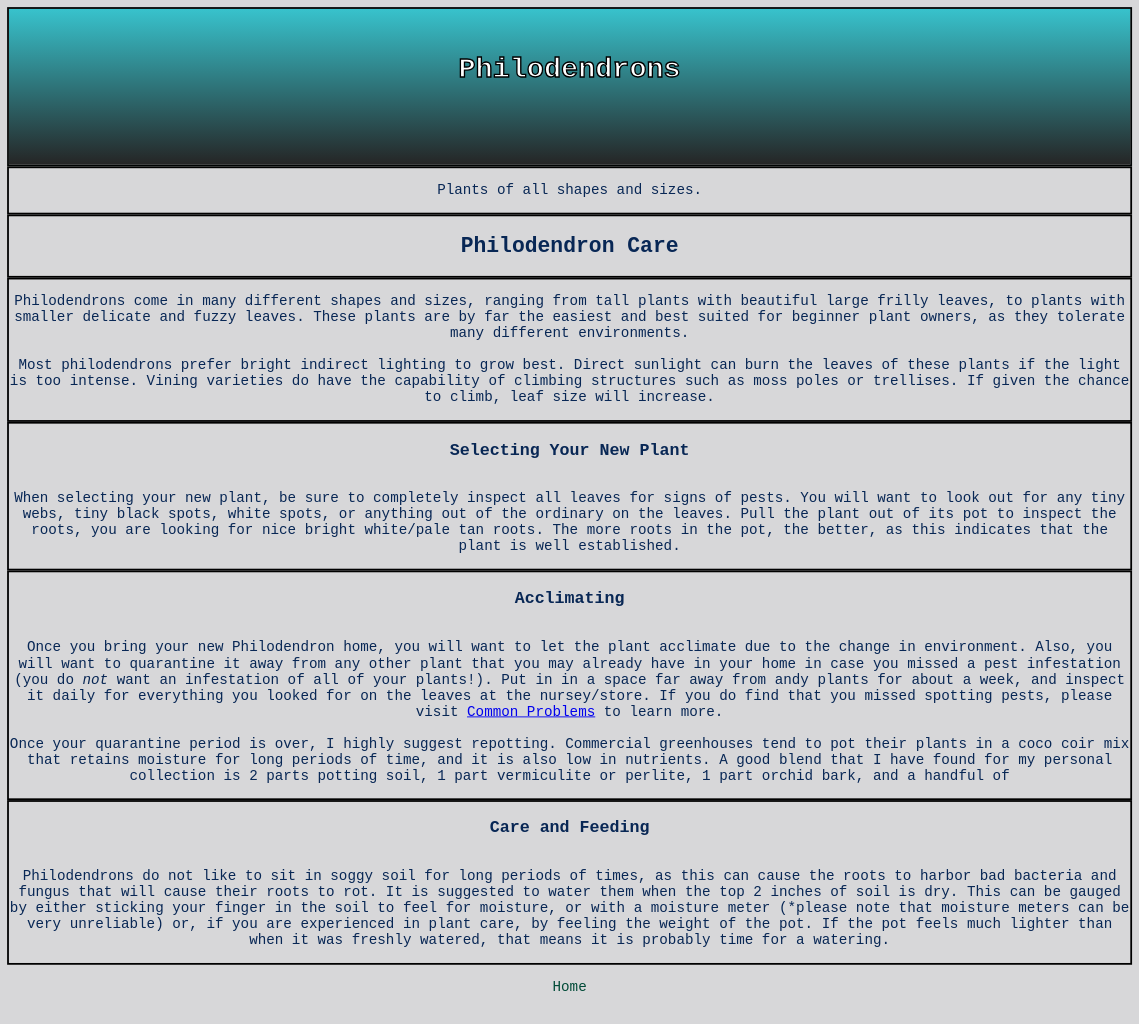
Repository: swillis91/odin-recipies
Page: Planty Page/philodendrons.html
The author's editor kept a copy of each file at every save. The page is drawn from the files as they stood at one save, then again after the next save.
The browser window is 1280 px wide. The pictures show the whole page, at 89% of full size.

Above is the page before, as saved 2023-08-14 23:56:16.

### Planty Page/philodendrons.html
<!DOCTYPE html>
    <html>
        <head>
            <title>Calatheas</title>
            <link href="style.css" rel="stylesheet"
        </head>
        <body>
            <div class="Header">
            <h1 class="heading">Philodendrons</h1>
            </div>
            <div class="box">
              <p>Plants of all shapes and sizes.</p>
            </div>
            <div class="box">
            <h2 class="species">Philodendron Care</h2>
            </div>
            <div class="box">
                <p class="care">Philodendrons come in many different shapes and sizes, ranging from tall plants with beautiful large frilly leaves, to plants with smaller delicate and fuzzy leaves. These plants are by far the easiest and best suited for beginner plant owners, as they tolerate many different environments.
                <br>
                <br>
                Most philodendrons prefer bright indirect lighting to grow best. Direct sunlight can burn the leaves of these plants if the light is too intense. Vining varieties do have the capability of climbing structures such as moss poles or trellises. If given the chance to climb, leaf size will increase.</p>
            </div>
            <div class="box">
                <h3>Selecting Your New Plant</h3>
                <p>When selecting your new plant, be sure to completely inspect all leaves for signs of pests. You will want to look out for any tiny webs, tiny black spots, white spots, or anything out of the ordinary on the leaves. Pull the plant out of its pot to inspect the roots, you are looking for nice bright white/pale tan roots. The more roots in the pot, the better, as this indicates that the plant is well established.</p>
            </div>
            <div class="box">
                <h3>Acclimating</h3>
                <p>Once you bring your new Philodendron home, you will want to let the plant acclimate due to the change in environment. Also, you will want to quarantine it away from any other plant that you may already have in your home in case you missed a pest infestation (you do <em>not</em> want an infestation of all of your plants!). Put in in a space far away from andy plants for about a week, and inspect it daily for everything you looked for on the leaves at the nursey/store. If you do find that you missed spotting pests, please visit <a href='./problems'>Common Problems</a> to learn more.
                <br><br>
                Once your quarantine period is over, I highly suggest repotting. Commercial greenhouses tend to pot their plants in a coco coir mix that retains moisture for long periods of time, and it is also low in nutrients. A good blend that I have found for my personal collection is 2 parts potting soil, 1 part vermiculite or perlite, 1 part orchid bark, and a handful of </p>
            </div>
            <div class="box">
                <h3>Care and Feeding</h3>
                    <p>Philodendrons do not like to sit in soggy soil for long periods of times, as this can cause the roots to harbor bad bacteria and fungus that will cause their roots to rot. It is suggested to water them when the top 2 inches of soil is dry. This can be gauged by either sticking your finger in the soil to feel for moisture, or with a moisture meter (*please note that moisture meters can be very unreliable) or, if you are experienced in plant care, by feeling the weight of the pot. If the pot feels much lighter than when it was freshly watered, that means it is probably time for a watering.</p>
            </div>
              </p>
                <!--img src="./Images/makoyana.webp" id="calathea makoyana" width="700px"-->
            <footer>
                <nav>
                    <a href="./index.html" class="navigation">Home</a>

                </nav>
            </footer>
        </body>
    </html>

### Planty Page/style.css
body{
    background-color: rgb(215, 215, 217);
    color:rgb(8, 39, 85);
    text-align: center;
    font-family: 'Permanent Marker', cursive;
    font-family: 'Space Mono', monospace;
}

.heading{
    color: rgb(0, 0, 0);
    -webkit-text-fill-color: rgb(255, 255, 255);
    -webkit-text-stroke-width: 1.5px;
    -webkit-text-stroke-color: rgb(0, 0, 0);
    text-transform: capitalize;
    border: 2px solid rgb(0, 3, 3);
    background-image: linear-gradient(rgba(15, 189, 201, 0.795), rgba(0, 0, 0, 0.827));
    height: 75px;
    margin: 0 auto;
    padding:50px 20px;

}

div.box{
    border:2px solid black;
    display: flex;
    margin-left: auto;
    flex-direction:column;
    align-content: center;
}

#calathea-makoyana{
    width: 500px;
    Height: auto:
}

.navigation{
    color:rgb(1, 75, 56);
    text-decoration: none;
}

a:hover{
    color: rgb(20, 220, 2);
    background-color: rgb(5, 55, 1);
}

After the next save:
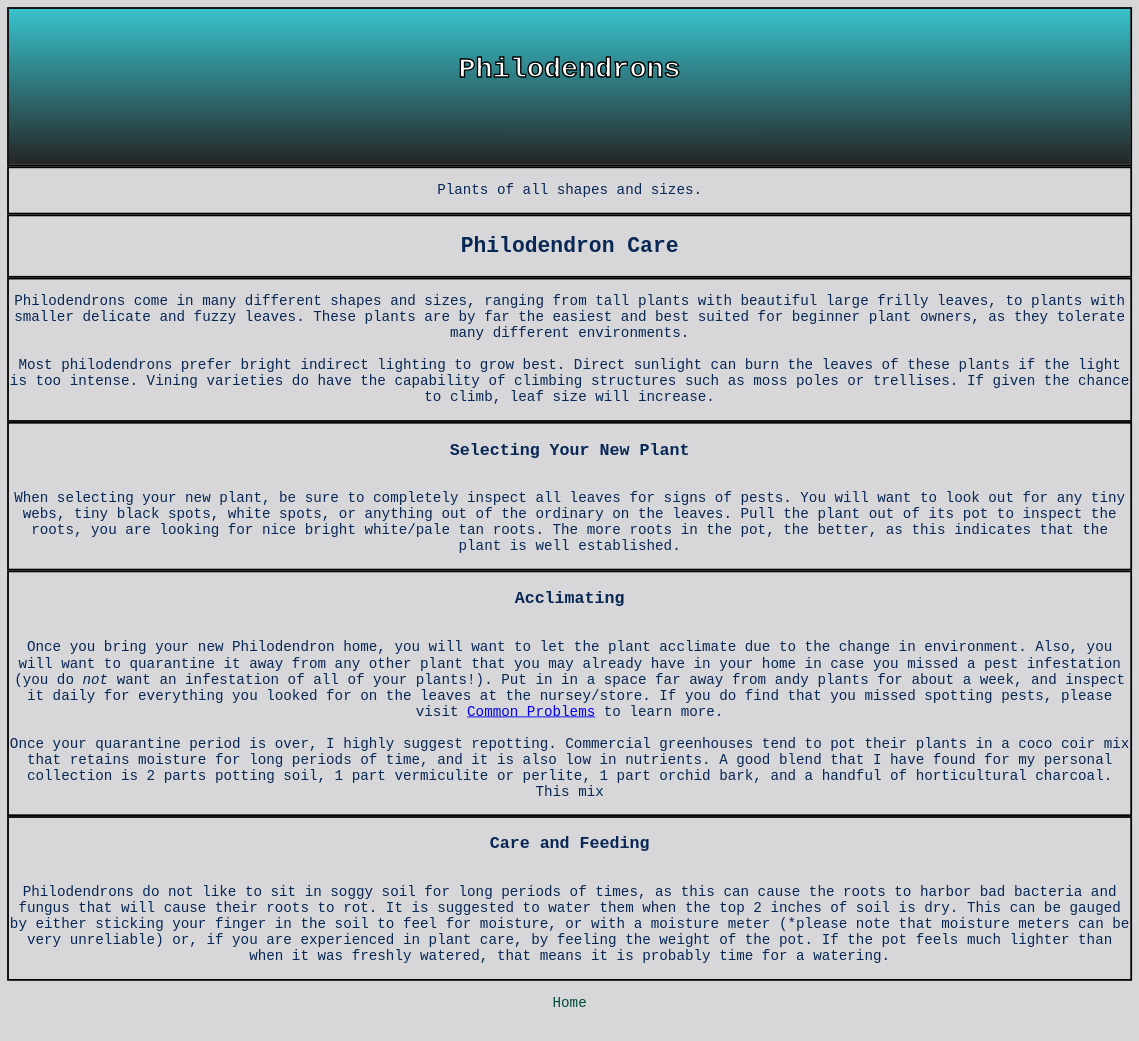
Saved 26 s later.
--- a/Planty Page/philodendrons.html
+++ b/Planty Page/philodendrons.html
@@ -28,7 +28,7 @@
                 <h3>Acclimating</h3>
                 <p>Once you bring your new Philodendron home, you will want to let the plant acclimate due to the change in environment. Also, you will want to quarantine it away from any other plant that you may already have in your home in case you missed a pest infestation (you do <em>not</em> want an infestation of all of your plants!). Put in in a space far away from andy plants for about a week, and inspect it daily for everything you looked for on the leaves at the nursey/store. If you do find that you missed spotting pests, please visit <a href='./problems'>Common Problems</a> to learn more.
                 <br><br>
-                Once your quarantine period is over, I highly suggest repotting. Commercial greenhouses tend to pot their plants in a coco coir mix that retains moisture for long periods of time, and it is also low in nutrients. A good blend that I have found for my personal collection is 2 parts potting soil, 1 part vermiculite or perlite, 1 part orchid bark, and a handful of </p>
+                Once your quarantine period is over, I highly suggest repotting. Commercial greenhouses tend to pot their plants in a coco coir mix that retains moisture for long periods of time, and it is also low in nutrients. A good blend that I have found for my personal collection is 2 parts potting soil, 1 part vermiculite or perlite, 1 part orchid bark, and a handful of horticultural charcoal. This mix </p>
             </div>
             <div class="box">
                 <h3>Care and Feeding</h3>
